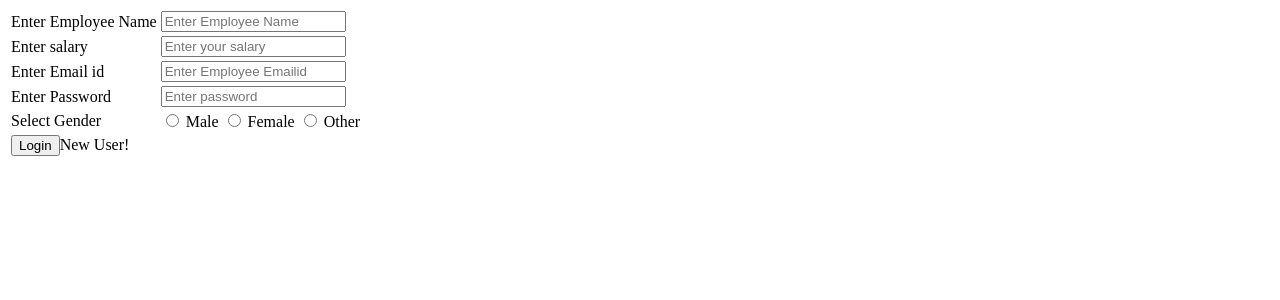
Repository: Ranjith-Kondra/FSD57_MODULE3
Page: AdvJava/WorkSpace2/EmpWebApp/WebContent/Register.html
The author's editor kept a copy of each file at every save. The page is drawn from the files as they stood at one save, then again after the next save.
The browser window is 1280 px wide. The pictures show the whole page.

Above is the page before, as saved 2024-01-05 10:17:35.

### AdvJava/WorkSpace2/EmpWebApp/WebContent/Register.html
<!DOCTYPE html>
<html>
<head>
<meta charset="ISO-8859-1">
<title>Register page</title>
</head>
<body>

<form action="RegisterServlet" method ="post">
<table>
  <tr>
        <td>Enter Employee Name</td>
        <td><input type = "text" name = "EmployeeName" placeholder = "Enter Employee Name"/></td>
      </tr>
      <tr>
            <td>Enter salary</td>
            <td><input type="number" name="salary" placeholder="Enter your salary" /></td>
        </tr>
   <tr>
            <td>Enter Email id</td>
            <td><input type="text" name="EmployeeEmailid" placeholder="Enter Employee Emailid" /></td>
        </tr>

        <tr>
            <td>Enter Password</td>
            <td><input type="password" name="Password" placeholder="Enter password" /></td>
        </tr>



        <tr>
            <td>Select Gender</td>
            <td>
                <label><input type="radio" name="Gender" value="Male"> Male</label>
                <label><input type="radio" name="Gender" value="Female"> Female</label>
                <label><input type="radio" name="Gender" value="Other"> Other</label>
            </td>
        </tr>

        <tr>
            <td><button>Login</button>New User!<a href = 'Register.html'></a></td>
        </tr>

</table>
</form>
</body>
</html>

After the next save:
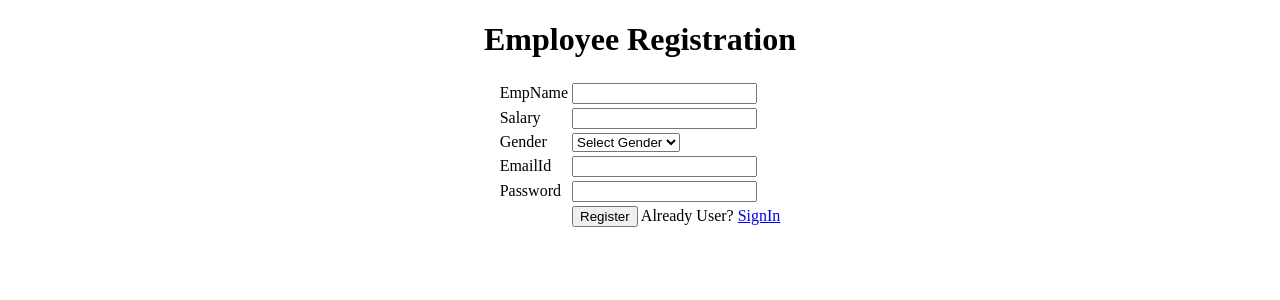
Saved 5 min 27 s later.
--- a/AdvJava/WorkSpace2/EmpWebApp/WebContent/Register.html
+++ b/AdvJava/WorkSpace2/EmpWebApp/WebContent/Register.html
@@ -2,46 +2,48 @@
 <html>
 <head>
 <meta charset="ISO-8859-1">
-<title>Register page</title>
+<title>Employee Registration</title>
 </head>
 <body>
+<h1 align='center'>Employee Registration</h1>
 
-<form action="RegisterServlet" method ="post">
-<table>
-  <tr>
-        <td>Enter Employee Name</td>
-        <td><input type = "text" name = "EmployeeName" placeholder = "Enter Employee Name"/></td>
-      </tr>
-      <tr>
-            <td>Enter salary</td>
-            <td><input type="number" name="salary" placeholder="Enter your salary" /></td>
-        </tr>
-   <tr>
-            <td>Enter Email id</td>
-            <td><input type="text" name="EmployeeEmailid" placeholder="Enter Employee Emailid" /></td>
-        </tr>
+<form action="Register" method="post">
 
-        <tr>
-            <td>Enter Password</td>
-            <td><input type="password" name="Password" placeholder="Enter password" /></td>
-        </tr>
-
-
-
-        <tr>
-            <td>Select Gender</td>
-            <td>
-                <label><input type="radio" name="Gender" value="Male"> Male</label>
-                <label><input type="radio" name="Gender" value="Female"> Female</label>
-                <label><input type="radio" name="Gender" value="Other"> Other</label>
-            </td>
-        </tr>
-
-        <tr>
-            <td><button>Login</button>New User!<a href = 'Register.html'></a></td>
-        </tr>
-
-</table>
+	<table align="center">
+		<tr>
+			<td>EmpName</td>
+			<td><input type="text" name="empName" /></td>
+		</tr>
+		<tr>
+			<td>Salary</td>
+			<td><input type="text" name="salary" /></td>
+		</tr>
+		<tr>
+			<td>Gender</td>
+			<td>
+				<select name="gender">
+					<option value="" selected>Select Gender</option>
+					<option value="Male">Male</option>
+					<option value="Female">Female</option>
+					<option value="Others">Others</option>
+				</select>
+			</td>
+		</tr>
+		<tr>
+			<td>EmailId</td>
+			<td><input type="text" name="emailId" /></td>
+		</tr>
+		<tr>
+			<td>Password</td>
+			<td><input type="password" name="password" /></td>
+		</tr>
+		<tr>
+			<td></td>
+			<td>
+				<button>Register</button> Already User? <a href="Login.html">SignIn</a>
+			</td>
+		</tr>
+	</table>
 </form>
 </body>
 </html>
